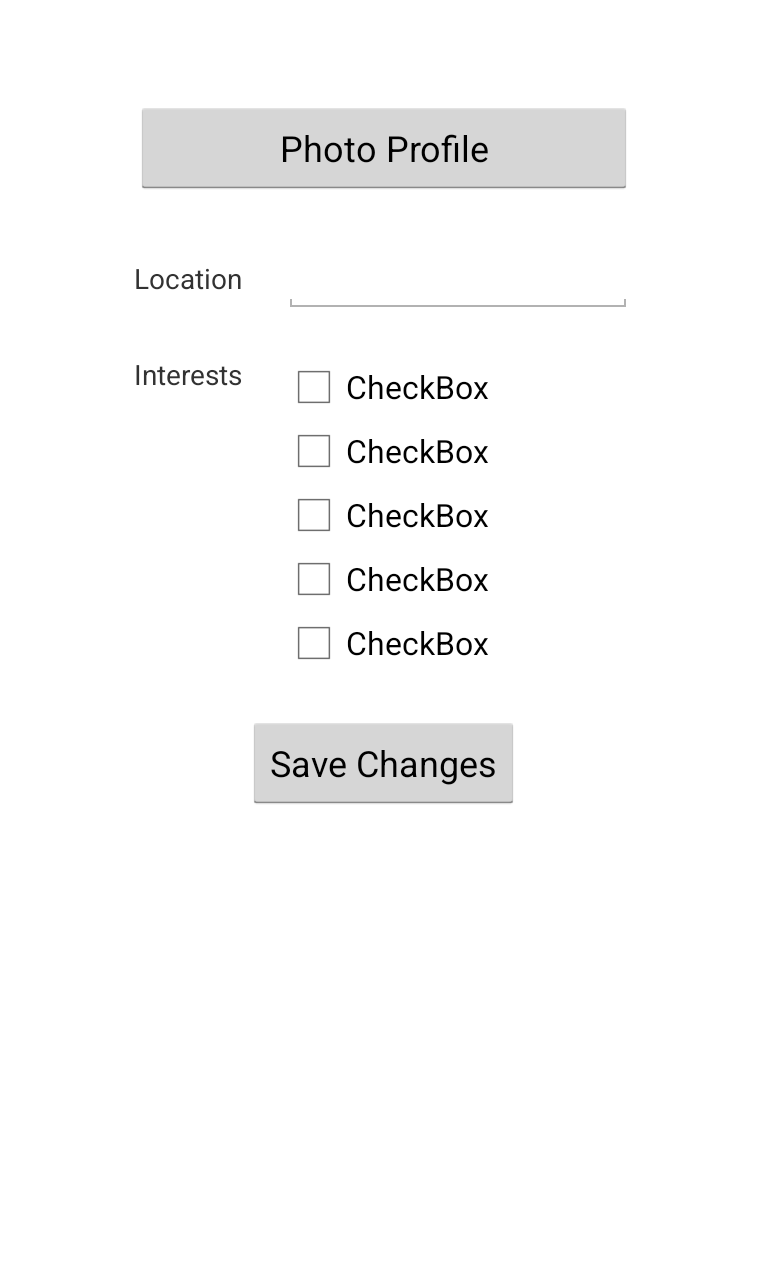
Repository: elvispap/The_Voice_of_People_Android_app
Layout: Voice of People/res/layout/profile_settings.xml
These files come from the project's save history. The layout is drawn as it stood at one moment and after the next save; the edit follows.
It is drawn on a 768 x 1280 px phone screen (xhdpi) without system bars, with theme AppTheme; the app's code is not run.

Above is the layout before, as saved 2014-01-07 04:12:03.

After the next save:
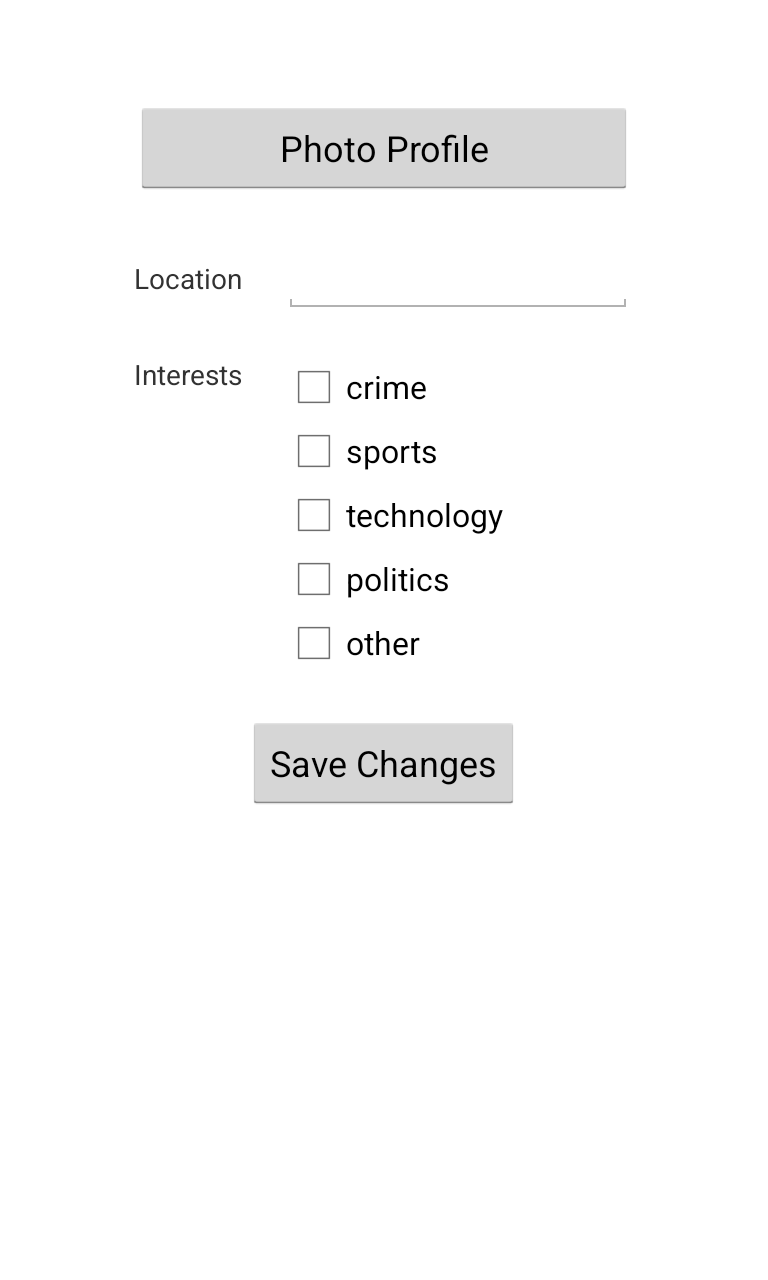
Saved 49 s later.
--- a/Voice of People/res/layout/profile_settings.xml
+++ b/Voice of People/res/layout/profile_settings.xml
@@ -65,27 +65,27 @@
 	                    android:id="@+id/crime"
 	                    android:layout_width="wrap_content"
 	                    android:layout_height="wrap_content"
-	                    android:text="CheckBox" />
+	                    android:text="crime" />
 	                <CheckBox
 	                    android:id="@+id/sports"
 	                    android:layout_width="wrap_content"
 	                    android:layout_height="wrap_content"
-	                    android:text="CheckBox" />
+	                    android:text="sports" />
 	                <CheckBox
 	                    android:id="@+id/technology"
 	                    android:layout_width="wrap_content"
 	                    android:layout_height="wrap_content"
-	                    android:text="CheckBox" />
+	                    android:text="technology" />
 	                <CheckBox
 	                    android:id="@+id/politics"
 	                    android:layout_width="wrap_content"
 	                    android:layout_height="wrap_content"
-	                    android:text="CheckBox" />
+	                    android:text="politics" />
 	                <CheckBox
 	                    android:id="@+id/other"
 	                    android:layout_width="wrap_content"
 	                    android:layout_height="wrap_content"
-	                    android:text="CheckBox" />
+	                    android:text="other" />
 
 			</LinearLayout>
      </LinearLayout>
